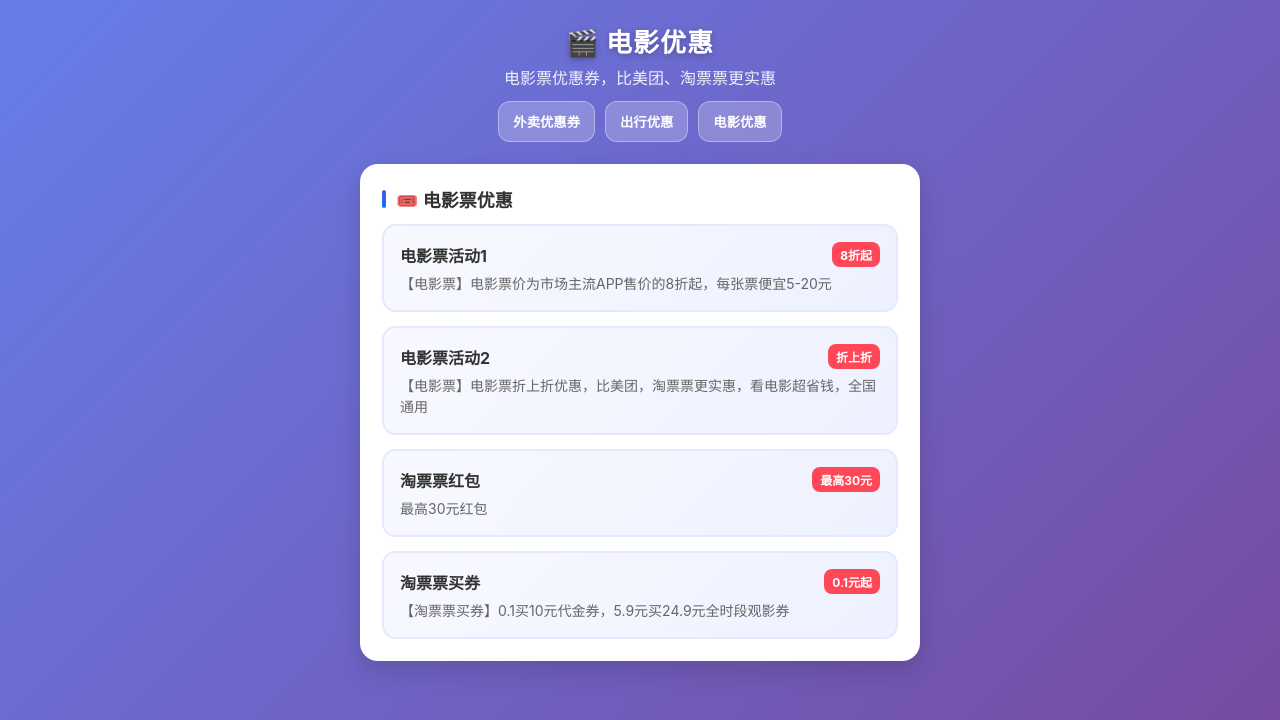
Repository: HL1906/coupon-website
Page: movie.html
An editor plug-in stored every save of this project. The page is shown before and after the next save, followed by the edit.
The browser window is 1280 px wide. The pictures show the whole page.

Above is the page before, as saved 2025-08-16 13:16:57.

### movie.html
<!DOCTYPE html>
<html lang="zh-CN">
<head>
    <meta charset="UTF-8">
    <meta name="viewport" content="width=device-width, initial-scale=1.0">
    <title>电影优惠</title>
    <link rel="stylesheet" href="./assets/styles/common.css">
    <style>
        *{margin:0;padding:0;box-sizing:border-box}
        body{background:linear-gradient(135deg,#667eea,#764ba2);color:#eaeaea;padding:22px 16px}
        .container{max-width:560px;margin:0 auto}
        .header{text-align:center;margin-bottom:22px}
        .title{font-size:26px;font-weight:800;letter-spacing:1px;text-shadow:0 2px 6px rgba(0,0,0,.25)}
        .sub{opacity:.9;margin-top:6px}
        .top-nav{display:flex;gap:10px;justify-content:center;margin-top:12px;flex-wrap:wrap}
        .nav-btn{background:rgba(255,255,255,.22);color:#fff;border:1px solid rgba(255,255,255,.35);padding:10px 14px;border-radius:12px;font-weight:700;cursor:pointer}

        /* 统一使用与首页相同风格的"平台卡片"与"优惠券卡片"样式 */
        .section{background:#fff;border-radius:18px;padding:22px;margin-bottom:18px;box-shadow:0 10px 28px rgba(0,0,0,.15)}
        .sec-title{font-size:18px;font-weight:700;color:#333;margin-bottom:12px;display:flex;align-items:center}
        .sec-title::before{content:'';width:4px;height:18px;background:linear-gradient(45deg,#007aff,#5856d6);border-radius:2px;margin-right:10px}
        .grid{display:grid;grid-template-columns:1fr;gap:14px}
        .card{background:linear-gradient(135deg,#f8f9ff 0%,#eef1ff 100%);border:2px solid #e5e9ff;border-radius:14px;padding:16px;transition:all .2s ease;cursor:pointer}
        .card:hover{transform:translateY(-3px);box-shadow:0 8px 22px rgba(0,0,0,.12)}
        .row{display:flex;align-items:center;justify-content:space-between;margin-bottom:6px}
        .name{font-weight:700;color:#333}
        .badge{background:#ff4757;color:#fff;padding:4px 8px;border-radius:8px;font-size:12px;font-weight:700}
        .desc{font-size:14px;color:#666;line-height:1.5}
    </style>
    <script src="./assets/scripts/common.js"></script>
</head>
<body>
    <div class="container">
        <div class="header">
            <div class="title">🎬 电影优惠</div>
            <div class="sub">电影票优惠券，比美团、淘票票更实惠</div>
            <div class="top-nav">
                <button class="nav-btn" onclick="navTo('./index.html')">外卖优惠券</button>
                <button class="nav-btn" onclick="navTo('./travel.html')">出行优惠</button>
                <button class="nav-btn" onclick="navTo('./movie.html')">电影优惠</button>
            </div>
        </div>

        <!-- 电影票优惠 -->
        <div class="section">
            <div class="sec-title">🎟️ 电影票优惠</div>
            <div class="grid">
                <div class="card" onclick="openLink('https://kzurl16.cn/7zVYZu')">
                    <div class="row">
                        <div class="name">电影票活动1</div>
                        <div class="badge">8折起</div>
                    </div>
                    <div class="desc">【电影票】电影票价为市场主流APP售价的8折起，每张票便宜5-20元</div>
                </div>
                <div class="card" onclick="openLink('https://kurl02.cn/7zinXD')">
                    <div class="row">
                        <div class="name">电影票活动2</div>
                        <div class="badge">折上折</div>
                    </div>
                    <div class="desc">【电影票】电影票折上折优惠，比美团，淘票票更实惠，看电影超省钱，全国通用</div>
                </div>
                <div class="card" onclick="openLink('https://kzurl20.cn/7zVYrX')">
                    <div class="row">
                        <div class="name">淘票票红包</div>
                        <div class="badge">最高30元</div>
                    </div>
                    <div class="desc">最高30元红包</div>
                </div>
                <div class="card" onclick="openLink('https://kzurl07.cn/7zinkM')">
                    <div class="row">
                        <div class="name">淘票票买券</div>
                        <div class="badge">0.1元起</div>
                    </div>
                    <div class="desc">【淘票票买券】0.1买10元代金券，5.9元买24.9元全时段观影券</div>
                </div>
            </div>
        </div>
    </div>

    <script>
        function openLink(url){
            try{
                const w=window.open(url,'_blank');
                setTimeout(()=>{
                    if(!w||w.closed||typeof w.closed==='undefined'){
                        window.location.href=url;
                    }
                },600);
            }catch{
                window.location.href=url;
            }
        }
    </script>
</body>
</html>

### assets/styles/common.css
:root{
    --bg-start:#667eea;
    --bg-end:#764ba2;
    --text:#333333;
    --muted:#666666;
    --white:#ffffff;
    --primary:#007AFF;
}

*{margin:0;padding:0;box-sizing:border-box}
body{
    font-family:-apple-system,BlinkMacSystemFont,'Segoe UI','PingFang SC','Hiragino Sans GB','Microsoft YaHei',sans-serif;
    background:linear-gradient(135deg,var(--bg-start) 0%,var(--bg-end) 100%);
    min-height:100vh;
    padding:16px;
    color:var(--text);
}

.container{max-width:560px;margin:0 auto;position:relative;z-index:1}
.header{color:#fff;text-align:center;margin-bottom:18px}
.header h1{font-size:26px;font-weight:700;margin-bottom:8px;text-shadow:0 2px 4px rgba(0,0,0,.3)}
.header p{font-size:15px;opacity:.9;margin-bottom:6px}

.top-nav{display:flex;gap:10px;justify-content:center;margin-top:14px;flex-wrap:wrap}
.nav-btn{background:rgba(255,255,255,.22);color:#fff;border:1px solid rgba(255,255,255,.35);padding:10px 14px;border-radius:12px;font-weight:700;cursor:pointer;backdrop-filter:blur(8px);transition:all .2s ease}
.nav-btn:hover{background:rgba(255,255,255,.32);transform:translateY(-1px)}

.stats-bar{background:rgba(255,255,255,.2);backdrop-filter:blur(10px);border-radius:18px;padding:14px 18px;display:flex;justify-content:space-around;margin-top:12px;border:1px solid rgba(255,255,255,.3)}
.stat-item{text-align:center;color:#fff}
.stat-number{font-size:18px;font-weight:700;display:block}
.stat-label{font-size:12px;opacity:.85}

.platform-section{background:#fff;border-radius:18px;padding:22px;margin-bottom:18px;box-shadow:0 10px 28px rgba(0,0,0,.15)}
.platform-header{display:flex;align-items:center;justify-content:space-between;margin-bottom:16px}
.platform-info{display:flex;align-items:center}
.platform-icon{width:42px;height:42px;border-radius:12px;margin-right:12px;display:flex;align-items:center;justify-content:center;color:#fff;font-weight:700;background:linear-gradient(135deg,#4e54c8,#8f94fb)}
.platform-title{font-size:18px;font-weight:600;color:#333}
.platform-subtitle{font-size:13px;color:#666;margin-top:2px}
.platform-badge{background:linear-gradient(135deg,#ff6b6b,#ee5a52);color:#fff;padding:6px 12px;border-radius:14px;font-size:12px;font-weight:600}

.coupon-grid{display:grid;grid-template-columns:1fr;gap:14px}
.coupon-item{background:linear-gradient(135deg,#f8f9ff 0%,#eef1ff 100%);border:2px solid #e5e9ff;border-radius:14px;padding:16px;cursor:pointer;transition:all .25s ease;position:relative;overflow:hidden}
.coupon-item:hover{transform:translateY(-3px);box-shadow:0 8px 22px rgba(0,0,0,.12)}
.coupon-header{display:flex;align-items:flex-start;justify-content:space-between;margin-bottom:8px}
.coupon-title{font-size:16px;font-weight:600;color:#333}
.coupon-amount{background:#ff4757;color:#fff;padding:4px 8px;border-radius:8px;font-size:12px;font-weight:600;margin-left:8px}
.coupon-desc{font-size:14px;color:#666;line-height:1.5;margin-bottom:10px}
.coupon-footer{display:flex;align-items:center;justify-content:space-between}
.tag{display:inline-block;color:#fff;font-size:11px;padding:4px 10px;border-radius:12px;font-weight:600}
.tag.hot{background:linear-gradient(135deg,#ff6b6b,#ee5a52)}
.tag.new{background:linear-gradient(135deg,#4ecdc4,#44a08d)}
.tag.stack{background:linear-gradient(135deg,#45b7d1,#2196F3)}
.status-dot{width:6px;height:6px;border-radius:50%;background:#4caf50;margin-right:6px}
.coupon-status{font-size:12px;color:#999;display:flex;align-items:center}

.browser-warning{background:linear-gradient(135deg,#ffebee,#ffcdd2);border:2px solid #f44336;border-radius:12px;padding:14px;margin-bottom:14px;font-size:14px;color:#c62828;display:none}
.success-toast{position:fixed;top:28px;left:50%;transform:translateX(-50%);background:#4caf50;color:#fff;padding:10px 18px;border-radius:22px;font-size:14px;z-index:1001;display:none}
.floating-help{position:fixed;bottom:26px;right:26px;width:54px;height:54px;border-radius:50%;background:linear-gradient(135deg,#ff6b6b,#ee5a52);color:#fff;display:flex;align-items:center;justify-content:center;font-size:22px;cursor:pointer;box-shadow:0 8px 20px rgba(255,107,107,.4);z-index:999}
.modal{display:none;position:fixed;inset:0;background:rgba(0,0,0,.6);z-index:1000;padding:20px}
.modal-content{background:#fff;border-radius:18px;padding:24px;max-width:420px;margin:20px auto;position:relative;top:50%;transform:translateY(-50%);text-align:center;box-shadow:0 20px 40px rgba(0,0,0,.3)}
.modal-title{font-size:18px;font-weight:700;color:#333;margin-bottom:14px}
.btn{background:linear-gradient(135deg,#007AFF,#0056cc);color:#fff;border:none;border-radius:12px;padding:12px 22px;font-size:15px;cursor:pointer;margin:6px;font-weight:600}
.btn-secondary{background:linear-gradient(135deg,#6c757d,#5a6268)}
.coupon-code{background:#f8f9fa;border:2px dashed #dee2e6;border-radius:12px;padding:14px;font-family:'SF Mono',Menlo,Consolas,monospace;font-size:13px;margin:14px 0;word-break:break-all}

@media (max-width:480px){
    .container{padding:0 8px}
}

### assets/scripts/common.js
document.addEventListener('DOMContentLoaded', function () {
  const toast = document.getElementById('successToast');
  if (toast) {
    window.showSuccessToast = function (message) {
      toast.textContent = message;
      toast.style.display = 'block';
      setTimeout(() => { toast.style.display = 'none'; }, 2000);
    };
  }
});

window.copyText = function (text) {
  if (!text) return Promise.reject();
  if (navigator.clipboard && navigator.clipboard.writeText) {
    return navigator.clipboard.writeText(text).catch(() => legacyCopy(text));
  }
  return legacyCopy(text);
};

function legacyCopy(text) {
  try {
    const ta = document.createElement('textarea');
    ta.value = text; ta.style.position = 'fixed'; ta.style.left = '-9999px'; ta.setAttribute('readonly', '');
    document.body.appendChild(ta); ta.select(); ta.setSelectionRange(0, text.length);
    const ok = document.execCommand('copy'); document.body.removeChild(ta);
    return ok ? Promise.resolve() : Promise.reject();
  } catch { return Promise.reject(); }
}

window.navTo = function (path) { window.location.href = path; };

window.openInNewTabOrSelf = function (url) {
  try {
    const w = window.open(url, '_blank');
    setTimeout(() => { if (!w || w.closed || typeof w.closed === 'undefined') { window.location.href = url; } }, 600);
  } catch {
    window.location.href = url;
  }
};

After the next save:
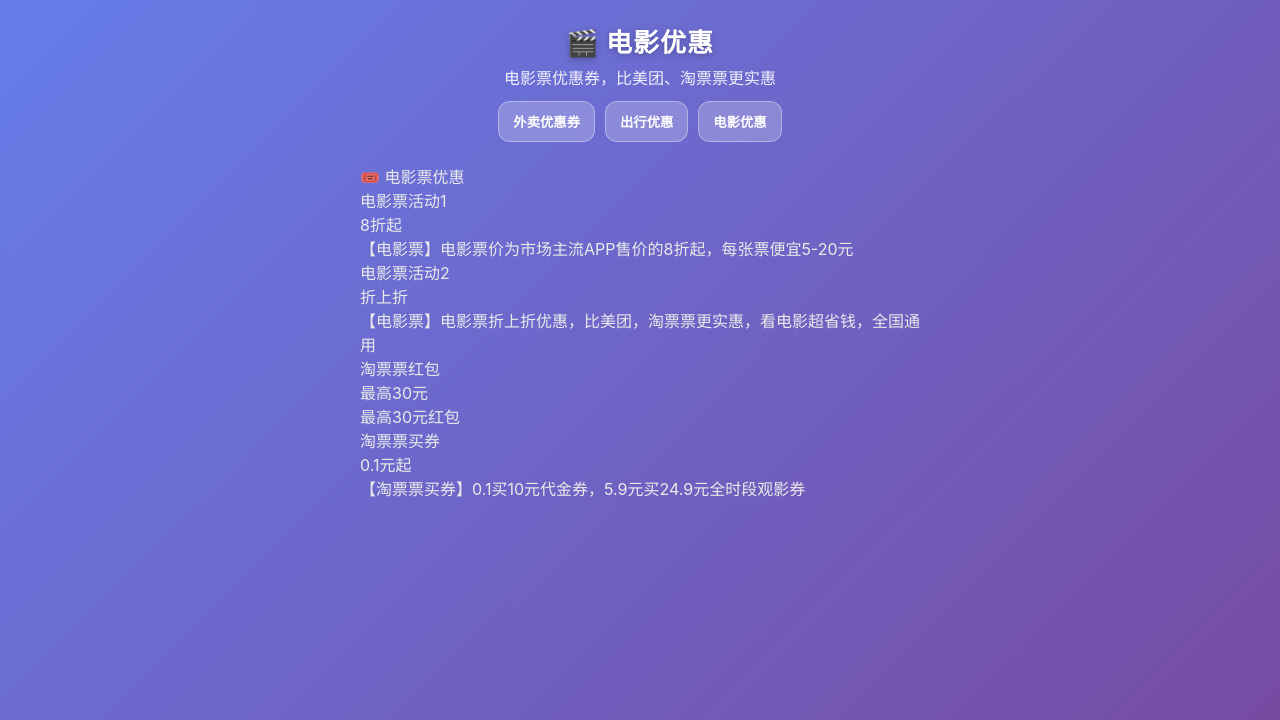
Saved 6 min 9 s later.
--- a/movie.html
+++ b/movie.html
@@ -15,17 +15,30 @@
         .top-nav{display:flex;gap:10px;justify-content:center;margin-top:12px;flex-wrap:wrap}
         .nav-btn{background:rgba(255,255,255,.22);color:#fff;border:1px solid rgba(255,255,255,.35);padding:10px 14px;border-radius:12px;font-weight:700;cursor:pointer}
 
-        /* 统一使用与首页相同风格的"平台卡片"与"优惠券卡片"样式 */
-        .section{background:#fff;border-radius:18px;padding:22px;margin-bottom:18px;box-shadow:0 10px 28px rgba(0,0,0,.15)}
-        .sec-title{font-size:18px;font-weight:700;color:#333;margin-bottom:12px;display:flex;align-items:center}
-        .sec-title::before{content:'';width:4px;height:18px;background:linear-gradient(45deg,#007aff,#5856d6);border-radius:2px;margin-right:10px}
-        .grid{display:grid;grid-template-columns:1fr;gap:14px}
-        .card{background:linear-gradient(135deg,#f8f9ff 0%,#eef1ff 100%);border:2px solid #e5e9ff;border-radius:14px;padding:16px;transition:all .2s ease;cursor:pointer}
-        .card:hover{transform:translateY(-3px);box-shadow:0 8px 22px rgba(0,0,0,.12)}
-        .row{display:flex;align-items:center;justify-content:space-between;margin-bottom:6px}
-        .name{font-weight:700;color:#333}
-        .badge{background:#ff4757;color:#fff;padding:4px 8px;border-radius:8px;font-size:12px;font-weight:700}
-        .desc{font-size:14px;color:#666;line-height:1.5}
+        /* 参考外卖优惠券页面的设计风格 */
+        .platform-section{background:#fff;border-radius:18px;padding:22px;margin-bottom:18px;box-shadow:0 10px 28px rgba(0,0,0,.15)}
+        .platform-header{display:flex;align-items:center;justify-content:space-between;margin-bottom:16px}
+        .platform-info{display:flex;align-items:center}
+        .platform-icon{width:42px;height:42px;border-radius:12px;margin-right:12px;display:flex;align-items:center;justify-content:center;color:#fff;font-weight:700;background:linear-gradient(135deg,#4e54c8,#8f94fb)}
+        .platform-title{font-size:18px;font-weight:600;color:#333}
+        .platform-subtitle{font-size:13px;color:#666;margin-top:2px}
+        .platform-badge{background:linear-gradient(135deg,#ff6b6b,#ee5a52);color:#fff;padding:6px 12px;border-radius:14px;font-size:12px;font-weight:600}
+
+        .coupon-grid{display:grid;grid-template-columns:1fr;gap:14px}
+        .coupon-item{background:linear-gradient(135deg,#f8f9ff 0%,#eef1ff 100%);border:2px solid #e5e9ff;border-radius:14px;padding:16px;cursor:pointer;transition:all .25s ease;position:relative;overflow:hidden}
+        .coupon-item:hover{transform:translateY(-3px);box-shadow:0 8px 22px rgba(0,0,0,.12)}
+        .coupon-header{display:flex;align-items:flex-start;justify-content:space-between;margin-bottom:8px}
+        .coupon-title{font-size:16px;font-weight:600;color:#333}
+        .coupon-amount{background:#ff4757;color:#fff;padding:4px 8px;border-radius:8px;font-size:12px;font-weight:600;margin-left:8px}
+        .coupon-desc{font-size:14px;color:#666;line-height:1.5;margin-bottom:10px}
+        .coupon-footer{display:flex;align-items:center;justify-content:space-between}
+        .tag{display:inline-block;color:#fff;font-size:11px;padding:4px 10px;border-radius:12px;font-weight:600}
+        .tag.hot{background:linear-gradient(135deg,#ff6b6b,#ee5a52)}
+        .tag.new{background:linear-gradient(135deg,#4ecdc4,#44a08d)}
+        .tag.stack{background:linear-gradient(135deg,#45b7d1,#2196F3)}
+        .tag.top{background:linear-gradient(135deg,#FFD700,#FFA500);color:#333}
+        .status-dot{width:6px;height:6px;border-radius:50%;background:#4caf50;margin-right:6px}
+        .coupon-status{font-size:12px;color:#999;display:flex;align-items:center}
     </style>
     <script src="./assets/scripts/common.js"></script>
 </head>
